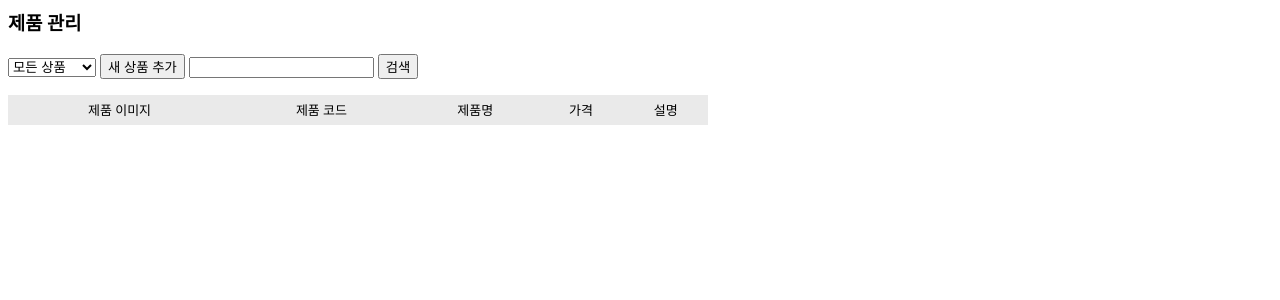
Repository: sjeong12/Photos
Page: http://localhost/LSJ_PHOTO/admin/productList.jsp
The author's editor kept a copy of each file at every save. The page is drawn from the files as they stood at one save, then again after the next save.
The browser window is 1280 px wide. The pictures show the whole page.
The page is served by Tomcat 9. Queries for data that is not in the repository find no rows.

Above is the page before, as saved 2016-12-10 09:00:28.

After the next save:
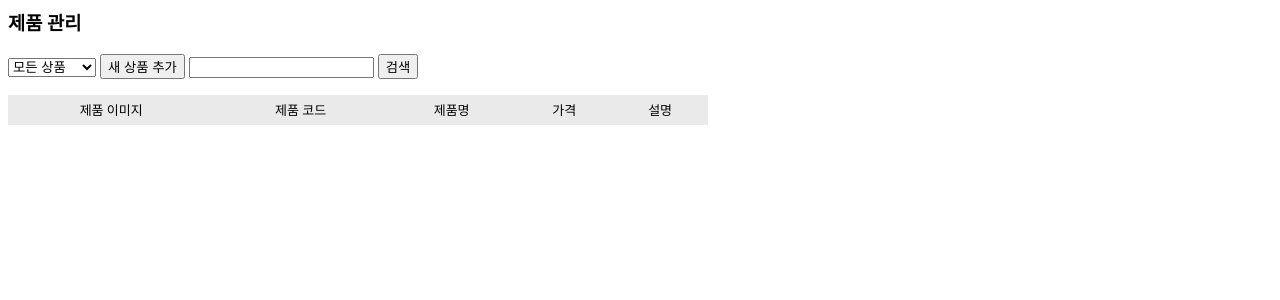
Saved 68 s later.
--- a/LSJ_PHOTO/WebContent/admin/productList.jsp
+++ b/LSJ_PHOTO/WebContent/admin/productList.jsp
@@ -70,7 +70,7 @@ function add_product()
 
 
 
-<TABLE border = "0" cellspacing = "0" cellpadding = "0" width = "700">
+<TABLE border = "0" cellspacing = "0" cellpadding = "5" width = "700" >
 <TR bgcolor = "EAEAEA" height="30">
 <TD><font size = 2><center>제품 이미지</center></font></TD>
 <TD><font size = 2><center>제품 코드</center></font></TD>
@@ -148,7 +148,7 @@ else if (in_search_key.equals("3")){
       <TR onmouseover="this.style.backgroundColor='F6F6F6';"
       onmouseout="this.style.backgroundColor='white'; ">  <TD>
       <a href="/LSJ_PHOTO/home.jsp?page=/admin/productView&pcode=<%= code %>">
-      <img src="/LSJ_PHOTO/productImage/<%= image %>" border="0" width="100" height="100"/>
+      <img src="/LSJ_PHOTO/productImage/<%= image %>" border="0" width="80" height="80"/>
 	  </a>
       </TD>
                <TD><font size = 2> <%= code%> </font></TD>
